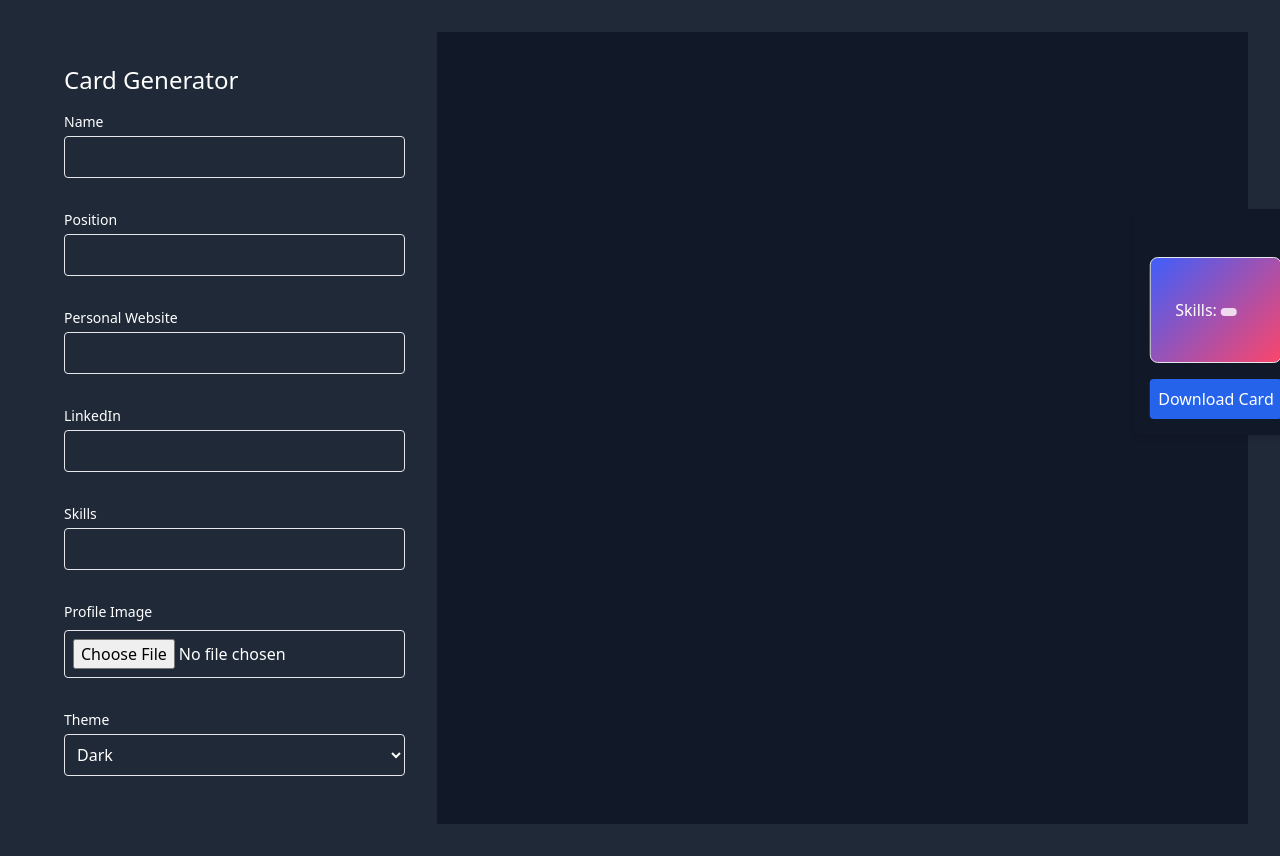
Repository: SmanSayeed/card-generator-react-application
Page: /
The author's editor kept a copy of each file at every save. The page is drawn from the files as they stood at one save, then again after the next save.
The browser window is 1280 px wide. The pictures show the whole page.
The project was rebuilt for these pictures with package versions that can differ from the ones it lists, and the page was loaded fresh each time. Also part of the build but not shown: vite.config.js.

Above is the page before, as saved 2024-09-24 16:45:25.

### src/main.jsx
import { StrictMode } from 'react'
import { createRoot } from 'react-dom/client'
import './index.css';
import App from './App';
import { Provider } from 'react-redux';
import { configureStore } from '@reduxjs/toolkit';
import { persistStore } from 'redux-persist';
import { PersistGate } from 'redux-persist/integration/react';
import cardReducer from './features/cardSlice';

const store = configureStore({
  reducer: {
    card: cardReducer,
  },
});
const persistor = persistStore(store);
createRoot(document.getElementById('root')).render(
  <StrictMode>
     <Provider store={store}>
     <PersistGate loading={null} persistor={persistor}>
    <App />
    </PersistGate>
    </Provider>
  </StrictMode>,
)

### src/App.jsx
import React from 'react';
import { useDispatch, useSelector } from 'react-redux';
import { updateField, setTheme } from './features/cardSlice';
import './App.css';
import CardGenerator from './components/template/CardGenerator';

const themes = {
  dark: "bg-gray-800 text-white",
  light: "bg-white text-black",
  green: "bg-green-200 text-black",
  blue: "bg-blue-200 text-black",
  minimal: "bg-gray-200 text-black",
};

function App() {

  return (
    <div className="p-8 min-h-screen bg-gray-800 text-white">
    <CardGenerator />
  </div>
  );
}

export default App;

### src/features/cardSlice.js
import { createSlice } from '@reduxjs/toolkit';
import { persistReducer } from 'redux-persist';
import storage from 'redux-persist/lib/storage';

const cardSlice = createSlice({
  name: 'card',
  initialState: {
    name: '',
    position: '',
    profileImage: '',
    personalWebsite: '',
    linkedin: '',
    skills: '',
    theme: 'dark', // default theme
  },
  reducers: {
    updateField: (state, action) => {
      const { field, value } = action.payload;
      state[field] = value;
    },
    setTheme: (state, action) => {
      state.theme = action.payload;
    },
  },
});

const persistConfig = {
  key: 'root',
  storage,
};

const persistedReducer = persistReducer(persistConfig, cardSlice.reducer);

export const { updateField, setTheme } = cardSlice.actions;
export default persistedReducer;

### src/App.css
.body.dark-mode {
  background: black;
  color: white;
  font-family: 'Arial', sans-serif;
}
ul {
  list-style: none;
  padding: 0;
}
.badge {
  display: inline-block;
  font-size: 0.875em;
  margin-right: 0.25rem;
  padding: 0.25rem 0.5rem;
  background: rgba(255,255,255,0.8);
}
.card {
  background: linear-gradient(135deg, rgba(63,94,251,1) 0%, rgba(252,70,107,1) 100%);
}
/* Ensure hamburger button visibility on mobile */
@media (min-width: 768px) {
  .hamburger-menu {
    display: none;
  }
}

### src/components/template/CardGenerator.jsx
import React, { useState } from "react";
import html2canvas from "html2canvas";
import jsPDF from "jspdf";
import CardForm from "../organisms/CardForm";
import Card from "../organisms/Card";
import Button from "../atoms/Button";

const CardGenerator = () => {
  const [isMenuOpen, setIsMenuOpen] = useState(false);

  const downloadCard = () => {
    const input = document.getElementById("card");
    html2canvas(input).then((canvas) => {
      const imgData = canvas.toDataURL("image/png");
      const pdf = new jsPDF();
      pdf.addImage(imgData, "PNG", 0, 0);
      pdf.save("card.pdf");
    });
  };

  return (
    <div className="relative min-h-screen bg-gray-900 text-white">
      <div className="flex flex-col md:flex-row">
        {/* Hamburger menu for mobile view */}
        <div className="md:hidden">
          <button
            onClick={() => setIsMenuOpen(!isMenuOpen)}
            className="p-4 focus:outline-none"
          >
            {isMenuOpen ? (
             <svg xmlns="http://www.w3.org/2000/svg" fill="none" viewBox="0 0 24 24" strokeWidth={1.5} stroke="currentColor" className="size-6">
  <path strokeLinecap="round" strokeLinejoin="round" d="m9.75 9.75 4.5 4.5m0-4.5-4.5 4.5M21 12a9 9 0 1 1-18 0 9 9 0 0 1 18 0Z" />
</svg>

            ) : (
              <svg xmlns="http://www.w3.org/2000/svg" fill="none" viewBox="0 0 24 24" strokeWidth={1.5} stroke="currentColor" className="size-6">
  <path strokeLinecap="round" strokeLinejoin="round" d="M3.75 6.75h16.5M3.75 12h16.5m-16.5 5.25h16.5" />
</svg>

            )}
          </button>

          <div
            className={`fixed inset-y-0 left-0 bg-gray-800 w-4/5 z-50 transform ${
              isMenuOpen ? "translate-x-0" : "-translate-x-full"
            } transition-transform duration-300 ease-in-out overflow-y-auto`}
          >
            <div className="p-4">
              <h1 className="text-2xl mb-4">Card Generator</h1>
              <CardForm />
            </div>
          </div>
        </div>

        {/* Left portion: the form */}
        <div className="hidden md:block md:w-1/2 lg:w-1/3 p-8 bg-gray-800">
          <h1 className="text-2xl mb-4">Card Generator</h1>
          <CardForm />
        </div>

        {/* Right portion: the card and download button */}
        <div className="fixed p-4 md:translate-x-1/2 md:translate-y-1/2 transform md:top-16 md:right-16">
          <div className="max-w-xs bg-gray-900 p-4 rounded-lg shadow-md">
            <div id="card">
              <Card />
            </div>
            <Button onClick={downloadCard}>Download Card</Button>
          </div>
        </div>
      </div>
    </div>
  );
};

export default CardGenerator;

### src/components/organisms/CardForm.js
import React from 'react';
import FormField from '../molecules/FormField';
import Button from '../atoms/Button';
import { useDispatch, useSelector } from 'react-redux';
import { updateField, setTheme } from '../../features/cardSlice';

const CardForm = () => {
  const dispatch = useDispatch();
  const card = useSelector((state) => state.card);

  const handleChange = (e) => {
    const { name, value } = e.target;
    dispatch(updateField({ field: name, value }));
  };

  const handleThemeChange = (e) => {
    dispatch(setTheme(e.target.value));
  };

  return (
    <form className="grid grid-cols-1 gap-4">
      <FormField type="text" label="Name" name="name" value={card.name} onChange={handleChange} />
      <FormField type="text" label="Position" name="position" value={card.position} onChange={handleChange} />
      <FormField type="text" label="Personal Website" name="personalWebsite" value={card.personalWebsite} onChange={handleChange} />
      <FormField type="text" label="LinkedIn" name="linkedin" value={card.linkedin} onChange={handleChange} />
      <FormField type="text" label="Skills" name="skills" value={card.skills} onChange={handleChange} />
      <FormField type="file" label="Profile Image" onChange={(e) => handleChange({ target: { name: 'profileImage', value: URL.createObjectURL(e.target.files[0]) } })} />
      <FormField type="select" label="Theme" name="theme" value={card.theme} onChange={handleThemeChange} options={[
        { value: 'dark', label: 'Dark' },
        { value: 'light', label: 'Light' },
        { value: 'green', label: 'Green' },
        { value: 'blue', label: 'Blue' },
        { value: 'minimal', label: 'Minimal' },
      ]} />
    </form>
  );
};

export default CardForm;

### src/components/organisms/Card.js
import React from 'react';
import { useSelector } from 'react-redux';

const themes = {
  dark: 'bg-gray-800 text-white',
  light: 'bg-white text-black',
  green: 'bg-green-200 text-black',
  blue: 'bg-blue-200 text-black',
  minimal: 'bg-gray-200 text-black',
};

const Card = () => {
  const card = useSelector((state) => state.card);

  return (
    <div className={`card mt-8 p-6 rounded-lg border shadow-sm ${themes[card.theme]}`}>
      <div className="flex items-center mb-4">
        {card.profileImage && (
          <img src={card.profileImage} alt="Profile" className="w-12 h-12 rounded-full mr-4" />
        )}
        <div>
          <h2 className="text-xl">{card.name}</h2>
          <p>{card.position}</p>
        </div>
      </div>

      <div className="mb-4">
        <a href={card.personalWebsite} target="_blank" className="block">
          {card.personalWebsite}
        </a>
        <a href={card.linkedin} target="_blank" className="block">
          {card.linkedin}
        </a>
      </div>

      <div className="mb-4">
        <p>
          Skills: {card.skills.split(',').map((skill) => (
            <span key={skill} className="badge bg-gray-200 text-black p-1 rounded mr-1">
              {skill}
            </span>
          ))}
        </p>
      </div>

      <div className="mt-4">
        <a href={card.personalWebsite} target="_blank" className="block mt-2 text-sm">
          {card.personalWebsite}
        </a>
      </div>
    </div>
  );
};

export default Card;

### src/components/atoms/Button.js
import React from 'react';

const Button = ({ onClick, children, ...props }) => (
  <button
    onClick={onClick}
    className="mt-4 w-full p-2 bg-blue-600 text-white rounded"
    {...props}
  >
    {children}
  </button>
);

export default Button;

### src/components/molecules/FormField.js
import React from 'react';
import TextInput from '../atoms/TextInput';
import FileInput from '../atoms/FileInput';
import SelectInput from '../atoms/SelectInput';

const FormField = ({ type, ...props }) => {
  switch (type) {
    case 'text':
      return <TextInput {...props} />;
    case 'file':
      return <FileInput {...props} />;
    case 'select':
      return <SelectInput {...props} />;
    default:
      return null;
  }
};

export default FormField;

### src/components/atoms/textInput.js
import React from 'react';

const TextInput = ({ label, name, value, onChange, ...props }) => (
  <div className="mb-4">
    {label && <label className="block text-sm mb-1">{label}</label>}
    <input
      type="text"
      name={name}
      value={value}
      onChange={onChange}
      className="p-2 bg-gray-800 border rounded w-full"
      {...props}
    />
  </div>
);

export default TextInput;

### src/components/atoms/fileInput.js
import React from 'react';

const FileInput = ({ label, name, onChange }) => (
  <div className="mb-4">
    {label && <label className="block text-sm mb-1">{label}</label>}
    <input
      type="file"
      name={name}
      onChange={onChange}
      className="mt-1 p-2 bg-gray-800 border rounded w-full"
    />
  </div>
);

export default FileInput;

### src/components/atoms/selectInput.js
import React from 'react';

const SelectInput = ({ label, name, value, onChange, options }) => (
  <div className="mb-4">
    {label && <label className="block text-sm mb-1">{label}</label>}
    <select
      name={name}
      value={value}
      onChange={onChange}
      className="p-2 bg-gray-800 border rounded w-full"
    >
      {options.map((option, index) => (
        <option key={index} value={option.value}>
          {option.label}
        </option>
      ))}
    </select>
  </div>
);

export default SelectInput;

### tailwind.config.js
// tailwind.config.js
/** @type {import('tailwindcss').Config} */
export default {
  content: ["./index.html", "./src/**/*.{js,ts,jsx,tsx}"],
  darkMode: 'class',
  theme: {
    extend: {},
  },
  variants: {
    extend: {},
  },
  plugins: [],
};

Loaded but not shown: index.html (common file); src/index.css (common file)

After the next save:
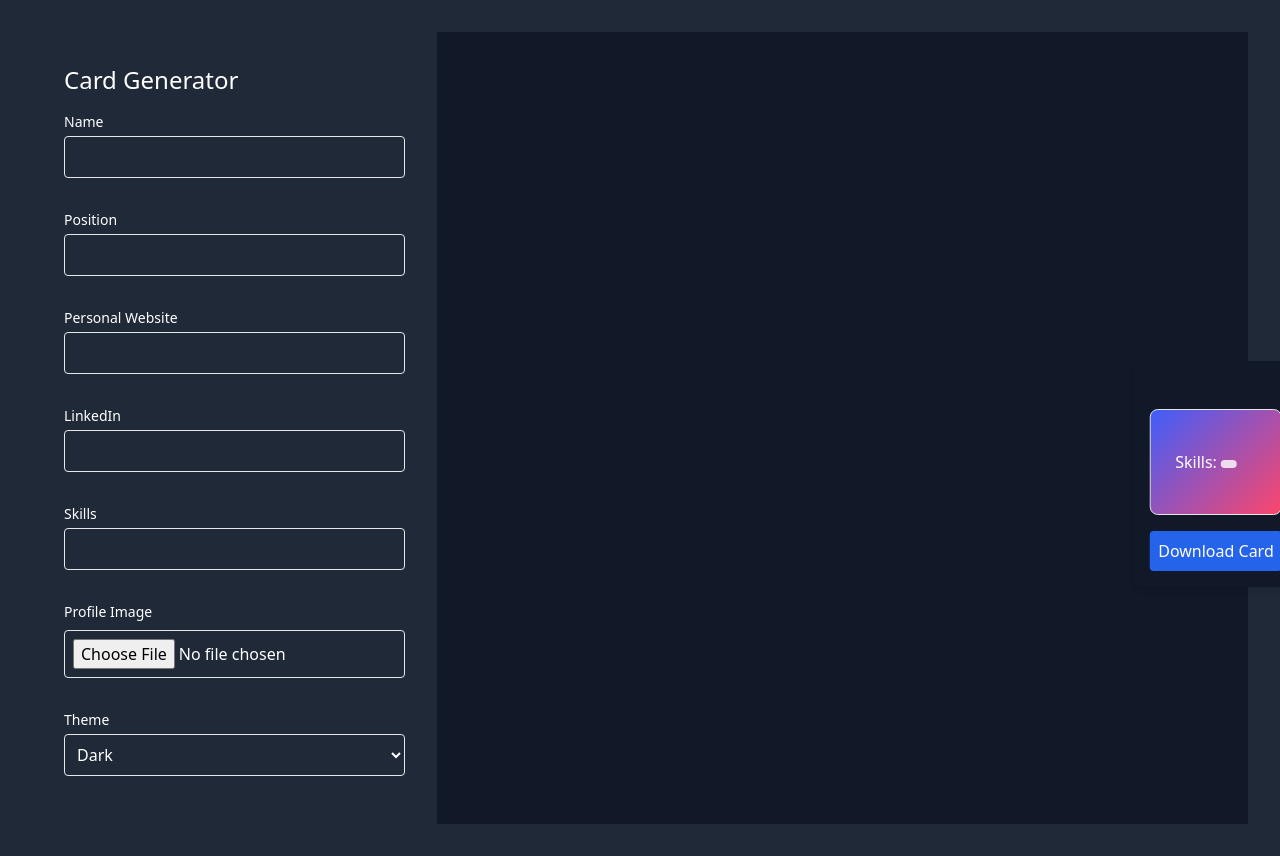
Saved 7 s later.
--- a/src/components/template/CardGenerator.jsx
+++ b/src/components/template/CardGenerator.jsx
@@ -59,7 +59,7 @@ const CardGenerator = () => {
         </div>
 
         {/* Right portion: the card and download button */}
-        <div className="fixed p-4 md:translate-x-1/2 md:translate-y-1/2 transform md:top-16 md:right-16">
+        <div className="fixed p-4 md:translate-x-1/2 md:translate-y-1/2 transform md:top-[30%] md:right-16">
           <div className="max-w-xs bg-gray-900 p-4 rounded-lg shadow-md">
             <div id="card">
               <Card />
